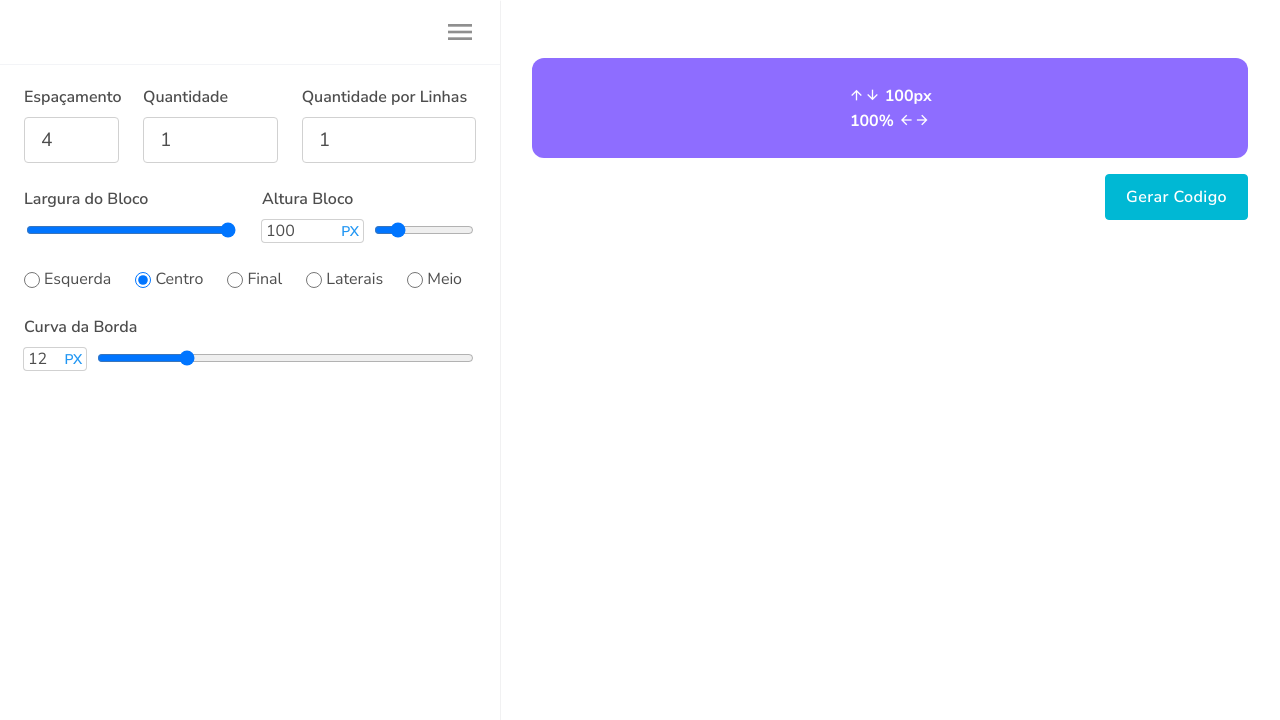
Repository: Flintdl/lowcode-elements
Page: /
These files come from the project's save history. The page is drawn as it stood at one moment and after the next save; the edit follows.
The browser window is 1280 px wide. The pictures show the whole page.
The project was rebuilt for these pictures with package versions that can differ from the ones it lists, and the page was loaded fresh each time. Also part of the build but not shown: vue.config.js.

Above is the page before, as saved 2022-04-05 10:49:57.

After the next save:
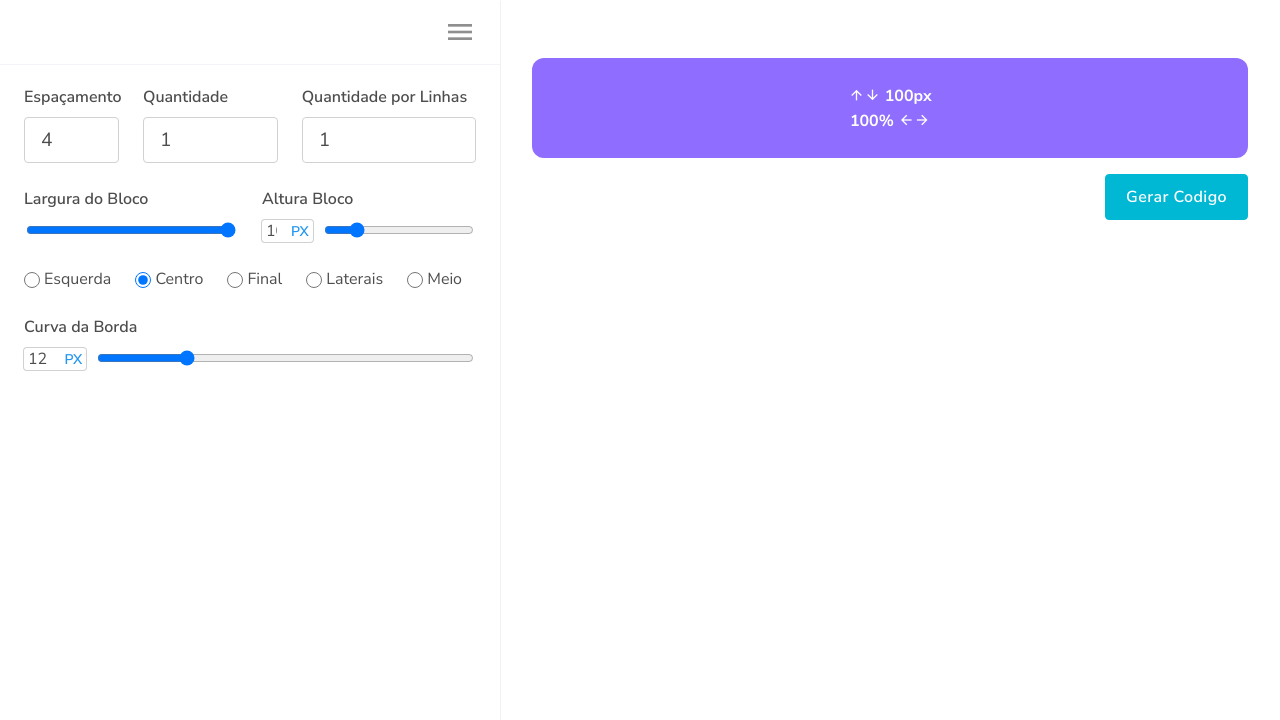
Saved 2 min 6 s later.
--- a/src/components/Menu/MenuTemplate.vue
+++ b/src/components/Menu/MenuTemplate.vue
@@ -83,7 +83,7 @@
                     >
                       <div class="sf-input-group">
                         <input
-                          type="text"
+                          type="number"
                           value="1"
                           min="1"
                           max="50"
